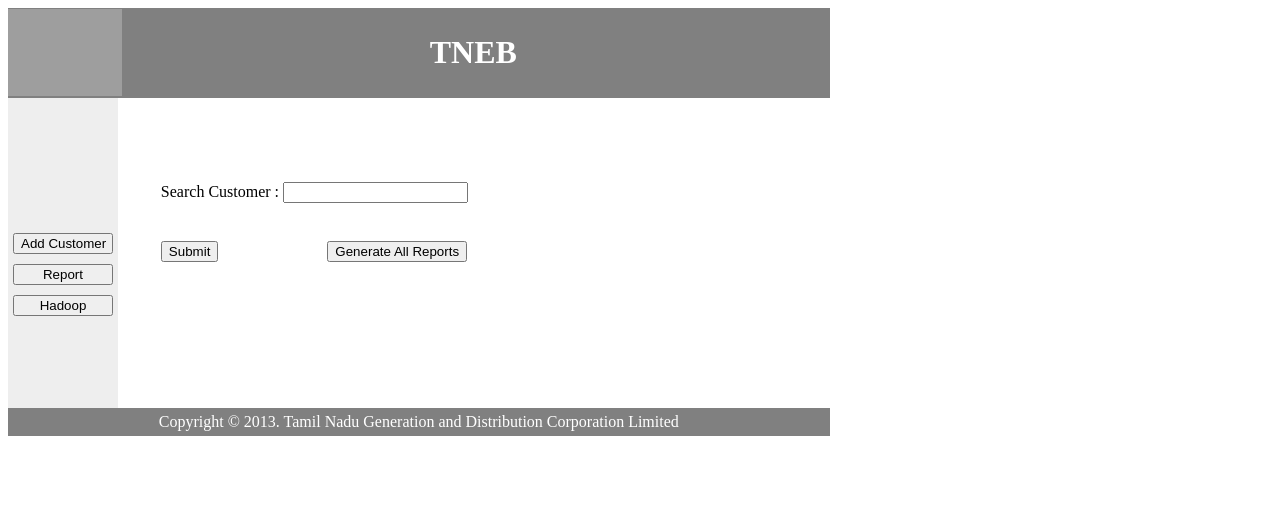
Repository: vjbrocode/Hackathon
Page: http://localhost/TNEB_billing/BillReport.jsp
These files come from the project's save history. The page is drawn as it stood at one moment and after the next save; the edit follows.
The browser window is 1280 px wide. The pictures show the whole page.
Pictures or frames that could not be fetched are drawn as grey boxes. Some web libraries are served in a nearby version. The page is served by Tomcat 9. Other server files are loaded and not shown.

Above is the page before, as saved 2015-07-06 21:00:45.

### workspace/TNEB billing/WebContent/BillReport.jsp
<%@ page language="java" contentType="text/html; charset=ISO-8859-1"
   pageEncoding="ISO-8859-1"%>
<!DOCTYPE html PUBLIC "-//W3C//DTD HTML 4.01 Transitional//EN" "http://www.w3.org/TR/html4/loose.dtd">
<html>
   <head>
      <meta http-equiv="Content-Type" content="text/html; charset=ISO-8859-1">
      <title>TNEB</title>
      <style>
	     #container{
			width:65%;
		 }
         #header {
         background-color:grey;
         color:white;
         text-align:center;
         padding:5px;
         }
         #nav {
         line-height:30px;
         background-color:#eeeeee;
         height:300px;
         width:100px;
         float:left;
         padding:5px;
         }
         #section {
         width:350px;
         float:left;
         padding:10px;
		  margin-top: 9%;
		  margin-left: 4%;
         }
         #footer {
         background-color:grey;
         color:white;
         clear:both;
         text-align:center;
         padding:5px;
         }
      </style>
   </head>
   <script src="https://ajax.googleapis.com/ajax/libs/jquery/1.11.3/jquery.min.js"></script>
   <script>
   function myfunction(){
	    var divHtml = '<div>Customer Name : <input type="text" name="custName"></div>';
	        divHtml = divHtml+ '<div>Customer Id : <input type="text" name="newCustId" style="margin-left: 7%;"></div>';
			divHtml = divHtml+ '<div>Address : <input type="text" name="address" style="margin-left: 14.75%;">';
			divHtml = divHtml+ '<input type="submit" name="insertCust" value="Insert"></div>';
	     $('#section').html(divHtml);
	   }
   function myReportfun(){
	   var divhtml = 'Search Customer : <input type="text" value=""  name="report" />';
			   divhtml = divhtml+'<input type="submit" value="Submit" />';
				divhtml = divhtml+'<input type="submit" value="Generate All Reports" name="report" style="margin-top: 11%; margin-left: 30%;" />';
		$('#section').html(divhtml);
   }
   </script>
   <body>
      <form action="serv/bill" method="post">
	  <div id="container">
         <div id="header">
			<img src="C:\Users\Administrator\Desktop\tneblogo.jpg" style="width: 114px; height: 87px; margin-top: -4px; margin-left: -5px; float: left;"/>
            <h1>TNEB</h1>
         </div>
         <div id="nav">
            <input type="button" value="Add Customer" onclick="myfunction();" style="width:100%;margin-top: 130%;">
            <input type="button" value="Report" onclick="myReportfun();" style="width:100%; margin-top: 10%;">
            <input type="submit" value="Hadoop" name="hadoop" style="width:100%; margin-top: 10%;">
         </div>
         <div id="section">
             Search Customer : <input type="text" value=""  name="custId" />
 	         <input type="submit" value="Submit" />
  	         <input type="submit" value="Generate All Reports" name="report" style="margin-top: 11%; margin-left: 30%;" />
         </div>
         <div id="footer">
           Copyright © 2013.  Tamil Nadu Generation and Distribution Corporation Limited
         </div>
		</div>
      </form>
   </body>
</html>

After the next save:
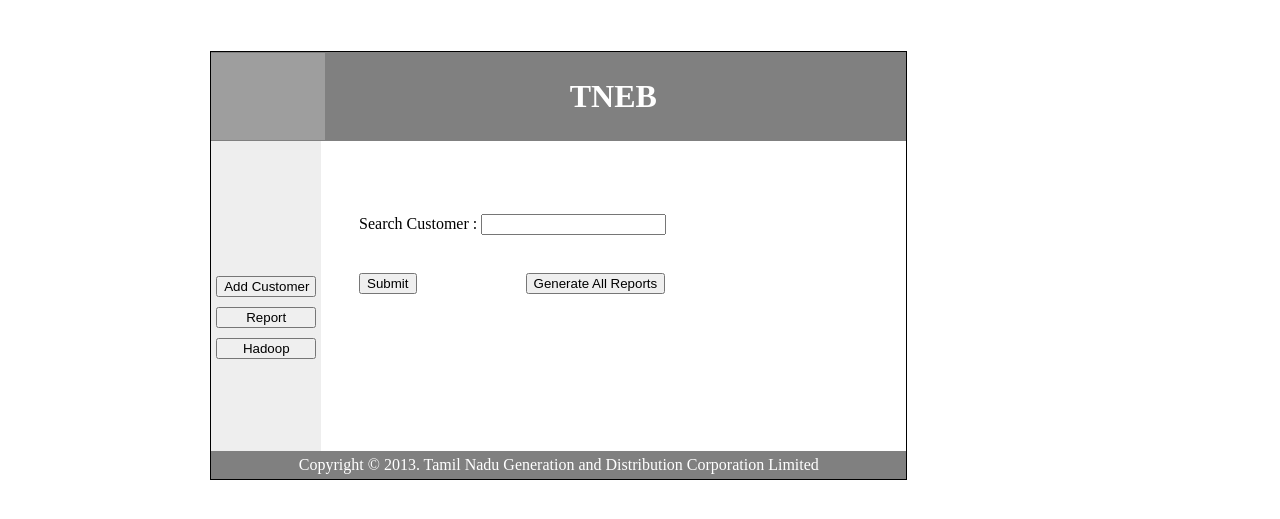
Saved 5 min 1 s later.
--- a/workspace/TNEB billing/WebContent/BillReport.jsp
+++ b/workspace/TNEB billing/WebContent/BillReport.jsp
@@ -7,7 +7,11 @@
       <title>TNEB</title>
       <style>
 	     #container{
-			width:65%;
+			border: 1px solid black;
+			border-image: none;
+			width: 55%;
+			margin-top: 4%;
+			 margin-left: 16%;
 		 }
          #header {
          background-color:grey;
